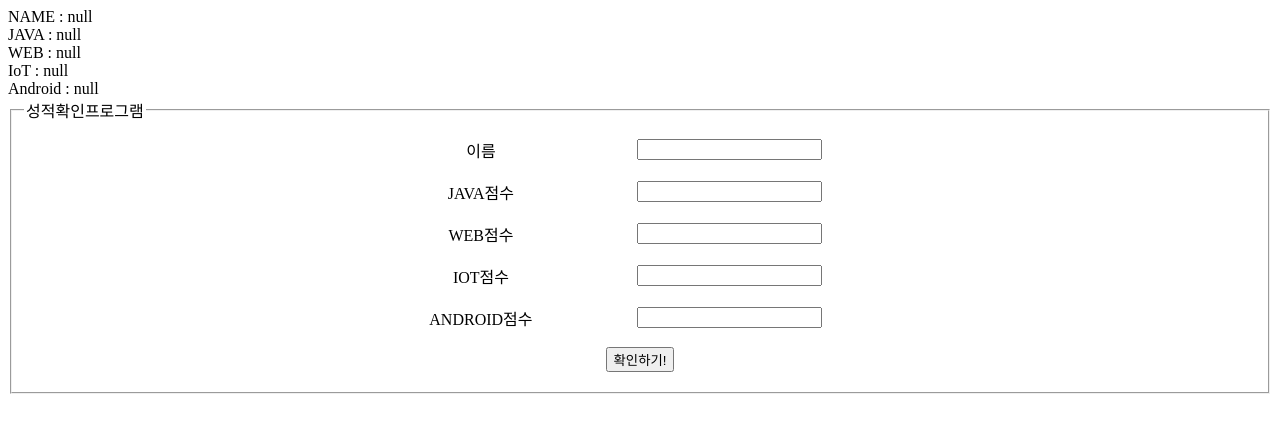
Repository: HeonchanKim/smhrd_jsp
Page: http://localhost/JSP/ex03.jsp
These files come from the project's save history. The page is drawn as it stood at one moment and after the next save; the edit follows.
The browser window is 1280 px wide. The pictures show the whole page.
The page is served by Tomcat 9.

Above is the page before, as saved 2022-01-28 07:16:36.

### JSP/src/main/webapp/ex03.jsp
<%@ page language="java" contentType="text/html; charset=EUC-KR"
    pageEncoding="EUC-KR"%>
<!DOCTYPE html>
<html>
<head>
<style>
	tr{
		height: 40px;
		text-align: center;
	}
	table{
		margin: 0 auto;
	}
</style>
<meta charset="EUC-KR">
<title>Insert title here</title>
</head>
<body>
	<%
		request.setCharacterEncoding("euc-kr");

		String name = request.getParameter("name");
		String java = request.getParameter("java");
		String web = request.getParameter("web");
		String iot = request.getParameter("iot");
		String android = request.getParameter("android");
	%>

	NAME : <%=name %><br>
	JAVA : <%=java %><br>
	WEB : <%=web %><br>
	IoT : <%=iot %><br>
	Android : <%=android %><br>


	<fieldset>
		<legend>성적확인프로그램</legend>
		<table width="500">
			<tr>
				<td>이름</td>
				<td><input type="text" name="name"></td>
			</tr>
			<tr>
				<td>JAVA점수</td>
				<td><input type="text" name="java"></td>
			</tr>
			<tr>
				<td>WEB점수</td>
				<td><input type="text" name="web"></td>
			</tr>
				<tr>
				<td>IOT점수</td>
				<td><input type="text" name="iot"></td>
			</tr>
			<tr>
				<td>ANDROID점수</td>
				<td><input type="text" name="android"></td>
			</tr>
			<tr>
				<td colspan="2"><input type="submit" value="확인하기!"></td>
			</tr>
		</table>
	</fieldset>


















</body>
</html>

After the next save:
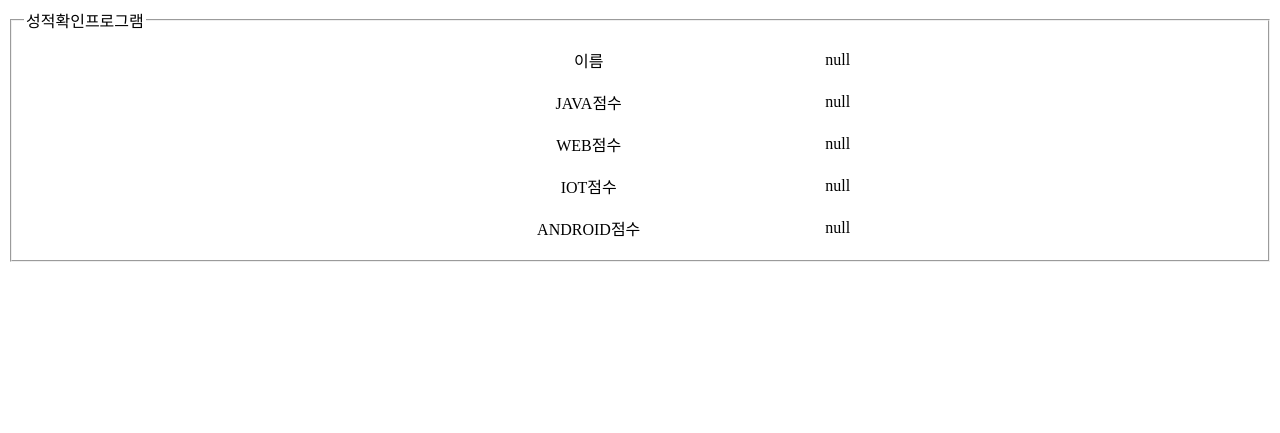
Saved 113 s later.
--- a/JSP/src/main/webapp/ex03.jsp
+++ b/JSP/src/main/webapp/ex03.jsp
@@ -25,39 +25,36 @@
 		String iot = request.getParameter("iot");
 		String android = request.getParameter("android");
 	%>
-
+	<!--
 	NAME : <%=name %><br>
 	JAVA : <%=java %><br>
 	WEB : <%=web %><br>
 	IoT : <%=iot %><br>
 	Android : <%=android %><br>
-
+	-->
 
 	<fieldset>
 		<legend>성적확인프로그램</legend>
 		<table width="500">
 			<tr>
 				<td>이름</td>
-				<td><input type="text" name="name"></td>
+				<td><%=name %></td>
 			</tr>
 			<tr>
 				<td>JAVA점수</td>
-				<td><input type="text" name="java"></td>
+				<td><%=java %></td>
 			</tr>
 			<tr>
 				<td>WEB점수</td>
-				<td><input type="text" name="web"></td>
+				<td><%=web %></td>
 			</tr>
 				<tr>
 				<td>IOT점수</td>
-				<td><input type="text" name="iot"></td>
+				<td><%=iot %></td>
 			</tr>
 			<tr>
 				<td>ANDROID점수</td>
-				<td><input type="text" name="android"></td>
-			</tr>
-			<tr>
-				<td colspan="2"><input type="submit" value="확인하기!"></td>
+				<td><%=android %></td>
 			</tr>
 		</table>
 	</fieldset>
